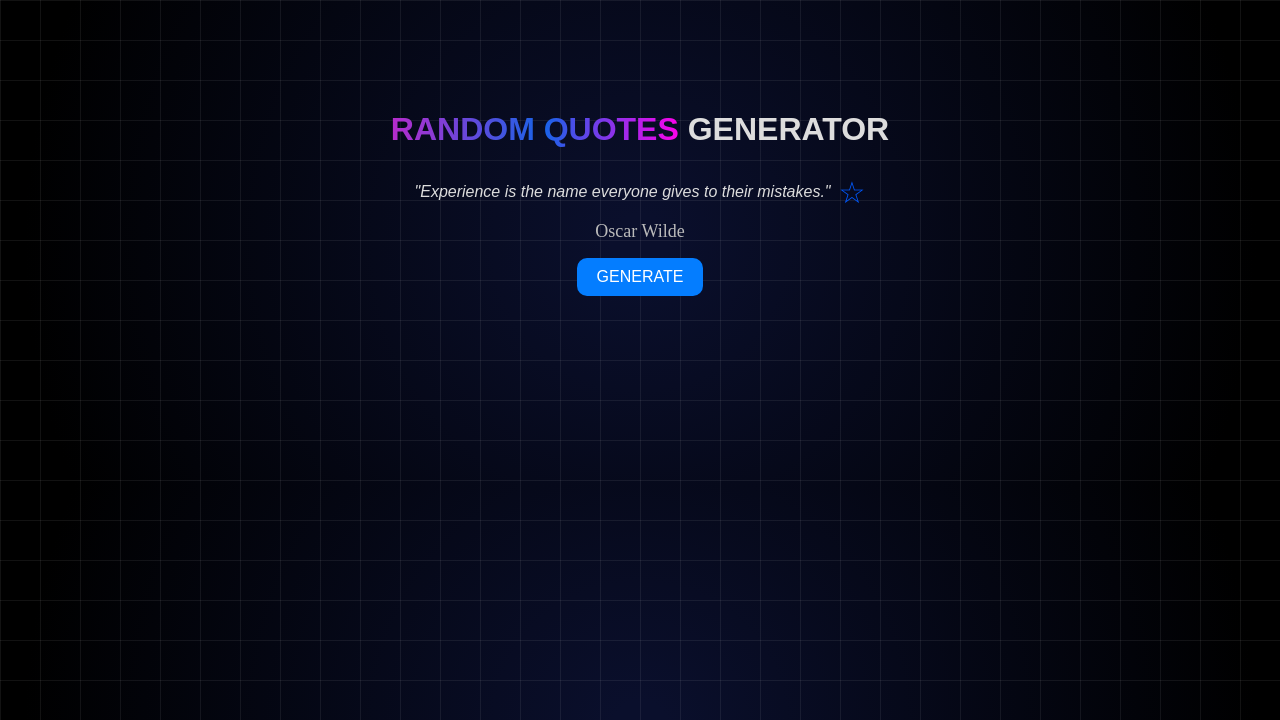
Repository: Adel-la/random-quotes
Page: index.html
The author's editor kept a copy of each file at every save. The page is drawn from the files as they stood at one save, then again after a run of saves.
The browser window is 1280 px wide. The pictures show the whole page.

Above is the page before, as saved 2025-06-26 22:27:24.

After the next 3 saves:
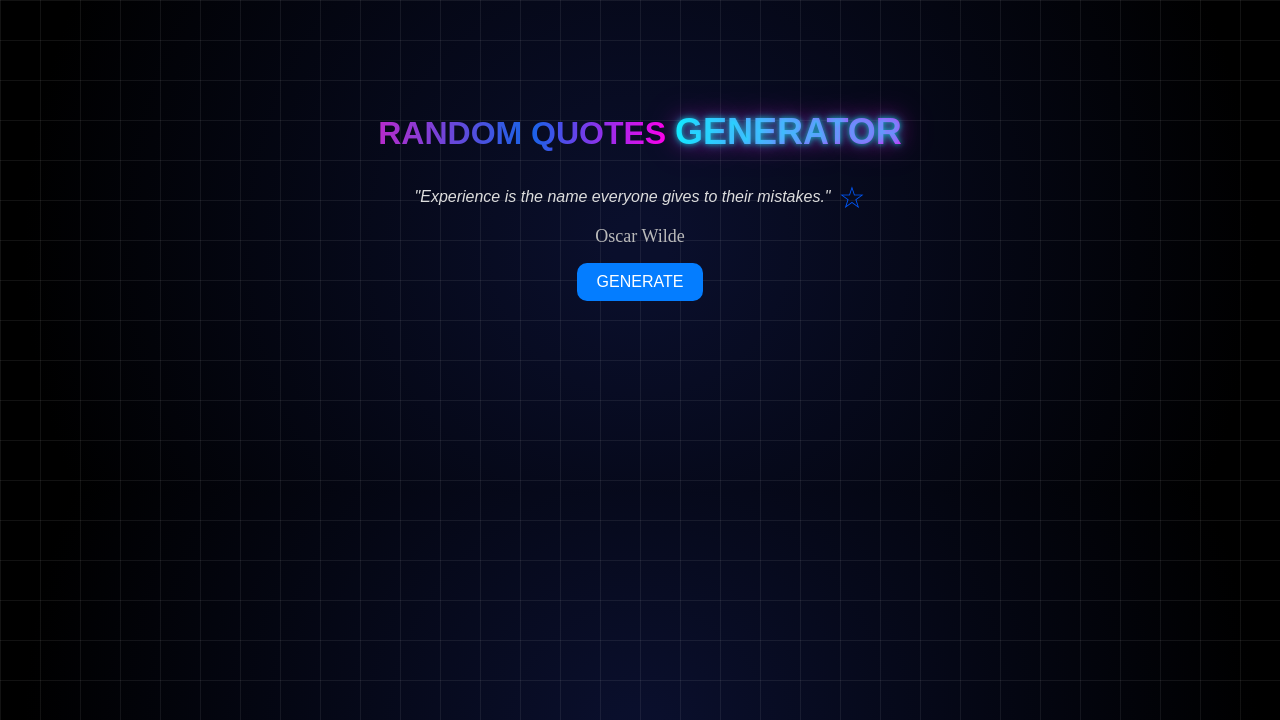
The 3 saves are shown as one change because they came seconds apart.
The last was saved 20 s later.
--- a/styles.css
+++ b/styles.css
@@ -177,3 +177,16 @@ body::before {
   -webkit-background-clip: text;
   -webkit-text-fill-color: transparent;
 }
+
+.neon-text{
+  font-size: 36px;
+  font-weight: bold;
+  background: linear-gradient(90deg, #00faff, #ff00f7);
+  -webkit-background-clip: text;
+  -webkit-text-fill-color: transparent;
+  text-shadow:
+    0 0 5px rgba(0, 255, 255, 0.5),
+    0 0 10px rgba(0, 255, 255, 0.5),
+    0 0 20px rgba(255, 0, 255, 0.5),
+    0 0 40px rgba(255, 0, 255, 0.3);
+}
